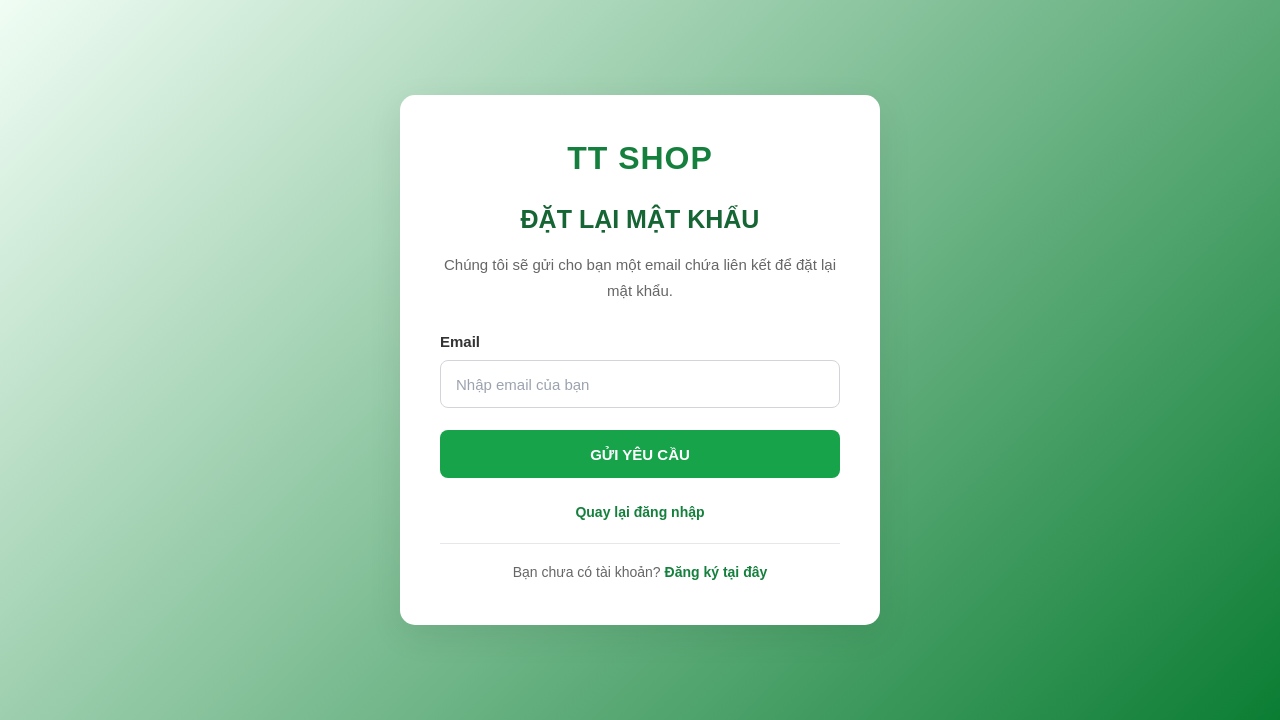
Repository: chuthimytam9a1920-ai/TTSHOP
Page: http://localhost/quenmatkhau.php
The author's editor kept a copy of each file at every save. The page is drawn from the files as they stood at one save, then again after the next save.
The browser window is 1280 px wide. The pictures show the whole page.
The page is run by PHP 8.4 with error messages shown; the project is at /var/www/html/.

Above is the page before, as saved 2026-10-12 08:25:14.

### quenmatkhau.php

<?php
session_start();

// Nhận thông báo từ trang xử lý gửi email
$success = $_SESSION['reset_success'] ?? '';
$error = $_SESSION['reset_error'] ?? '';

unset($_SESSION['reset_success'], $_SESSION['reset_error']);
?>

<!DOCTYPE html>
<html lang="vi">
<head>
    <meta charset="UTF-8">
    <meta name="viewport" content="width=device-width, initial-scale=1.0">

    <title>Quên mật khẩu - TT SHOP</title>

    <link rel="stylesheet" href="stylequenmatkhau.css">
</head>

<body>

    <div class="reset-container">

        <div class="reset-box">

            <div class="shop-logo">
                <a href="index.php">TT SHOP</a>
            </div>

            <h1>ĐẶT LẠI MẬT KHẨU</h1>

            <p class="description">
                Chúng tôi sẽ gửi cho bạn một email chứa
                liên kết để đặt lại mật khẩu.
            </p>

            <?php if (!empty($success)): ?>
                <div class="alert alert-success">
                    <?php echo htmlspecialchars($success, ENT_QUOTES, 'UTF-8'); ?>
                </div>
            <?php endif; ?>

            <?php if (!empty($error)): ?>
                <div class="alert alert-error">
                    <?php echo htmlspecialchars($error, ENT_QUOTES, 'UTF-8'); ?>
                </div>
            <?php endif; ?>

            <form action="xulyquenmatkhau.php" method="POST">

                <div class="form-group">
                    <label for="email">Email</label>

                    <input
                        type="email"
                        id="email"
                        name="email"
                        placeholder="Nhập email của bạn"
                        maxlength="254"
                        autocomplete="email"
                        required
                    >
                </div>

                <button type="submit" class="reset-btn">
                    GỬI YÊU CẦU
                </button>

            </form>

            <div class="back-login">
                <a href="dangnhap.php">Quay lại đăng nhập</a>
            </div>

            <div class="register-link">
                Bạn chưa có tài khoản?
                <a href="dangky.php">Đăng ký tại đây</a>
            </div>

        </div>

    </div>

</body>
</html>

### stylequenmatkhau.css

/* =========================================
   TT SHOP - TRANG QUEN MAT KHAU
========================================= */

/* RESET CSS */

* {
    margin: 0;
    padding: 0;
    box-sizing: border-box;
}

body {
    font-family: Arial, Helvetica, sans-serif;
    background: linear-gradient(135deg, #f0fdf4, #0b7d33);
    color: #333;
    min-height: 100vh;
}

/* =========================================
   KHUNG CHINH
========================================= */

.reset-container {
    min-height: 100vh;
    display: flex;
    justify-content: center;
    align-items: center;
    padding: 30px 15px;
}

/* =========================================
   HOP QUEN MAT KHAU
========================================= */

.reset-box {
    background: #ffffff;
    width: 100%;
    max-width: 480px;
    padding: 45px 40px;
    border-radius: 15px;
    box-shadow: 0 10px 35px rgba(0, 0, 0, 0.08);
    text-align: center;
}

/* =========================================
   LOGO TT SHOP
========================================= */

.shop-logo {
    margin-bottom: 28px;
}

.shop-logo a {
    font-size: 32px;
    font-weight: 800;
    color: #15803d;
    text-decoration: none;
    letter-spacing: 1px;
}

/* =========================================
   TIEU DE
========================================= */

.reset-box h1 {
    font-size: 25px;
    font-weight: 700;
    color: #166534;
    margin-bottom: 18px;
}

/* =========================================
   MO TA
========================================= */

.description {
    font-size: 15px;
    color: #666;
    line-height: 1.7;
    margin-bottom: 30px;
}

/* =========================================
   FORM NHAP EMAIL
========================================= */

.form-group {
    margin-bottom: 22px;
    text-align: left;
}

.form-group label {
    display: block;
    font-size: 15px;
    font-weight: 600;
    margin-bottom: 10px;
    color: #333;
}

.form-group input {
    width: 100%;
    height: 48px;
    padding: 0 15px;
    border: 1px solid #d1d5db;
    border-radius: 8px;
    font-size: 15px;
    outline: none;
    background: #fff;
    transition: all 0.3s ease;
}

.form-group input:focus {
    border-color: #0e8439;
    box-shadow: 0 0 0 3px rgba(22, 163, 74, 0.12);
}

.form-group input::placeholder {
    color: #9ca3af;
}

/* =========================================
   NUT GUI YEU CAU
========================================= */

.reset-btn {
    width: 100%;
    height: 48px;
    border: none;
    border-radius: 8px;
    background: #16a34a;
    color: white;
    font-size: 15px;
    font-weight: 700;
    cursor: pointer;
    transition: all 0.3s ease;
}

.reset-btn:hover {
    background: #15803d;
    transform: translateY(-2px);
    box-shadow: 0 5px 15px rgba(22, 163, 74, 0.2);
}

.reset-btn:active {
    transform: translateY(0);
}

/* =========================================
   QUAY LAI DANG NHAP
========================================= */

.back-login {
    margin-top: 25px;
}

.back-login a {
    font-size: 14px;
    font-weight: 600;
    color: #15803d;
    text-decoration: none;
}

.back-login a:hover {
    text-decoration: underline;
}

/* =========================================
   DANG KY TAI KHOAN
========================================= */

.register-link {
    margin-top: 22px;
    padding-top: 20px;
    border-top: 1px solid #e5e7eb;
    font-size: 14px;
    color: #666;
}

.register-link a {
    color: #15803d;
    font-weight: 600;
    text-decoration: none;
}

.register-link a:hover {
    text-decoration: underline;
}

/* =========================================
   THONG BAO THANH CONG / THAT BAI
========================================= */

.alert {
    padding: 13px 15px;
    margin-bottom: 20px;
    border-radius: 8px;
    font-size: 14px;
    line-height: 1.6;
    text-align: left;
}

.alert-success {
    background: #dcfce7;
    color: #0b7634;
    border: 1px solid #12843c;
}

.alert-error {
    background: #fee2e2;
    color: #991b1b;
    border: 1px solid #fca5a5;
}

/* =========================================
   RESPONSIVE - DIEN THOAI
========================================= */

@media (max-width: 576px) {

    .reset-container {
        padding: 20px 15px;
    }

    .reset-box {
        padding: 35px 25px;
    }

    .shop-logo a {
        font-size: 28px;
    }

    .reset-box h1 {
        font-size: 21px;
    }

    .description {
        font-size: 14px;
    }

    .form-group input,
    .reset-btn {
        height: 46px;
    }
}

After the next save:
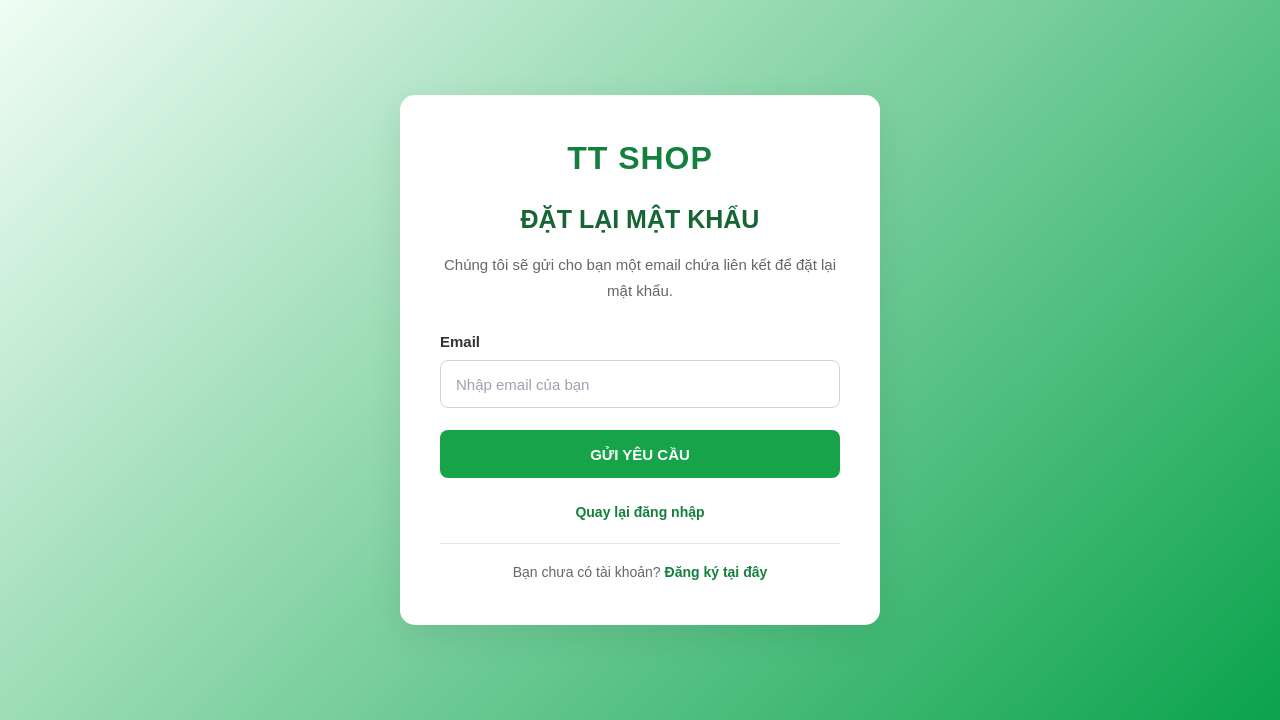
Saved 16 s later.
--- a/stylequenmatkhau.css
+++ b/stylequenmatkhau.css
@@ -13,7 +13,7 @@
 
 body {
     font-family: Arial, Helvetica, sans-serif;
-    background: linear-gradient(135deg, #f0fdf4, #0b7d33);
+    background: linear-gradient(135deg, #f0fdf4, #0aa34c);
     color: #333;
     min-height: 100vh;
 }
